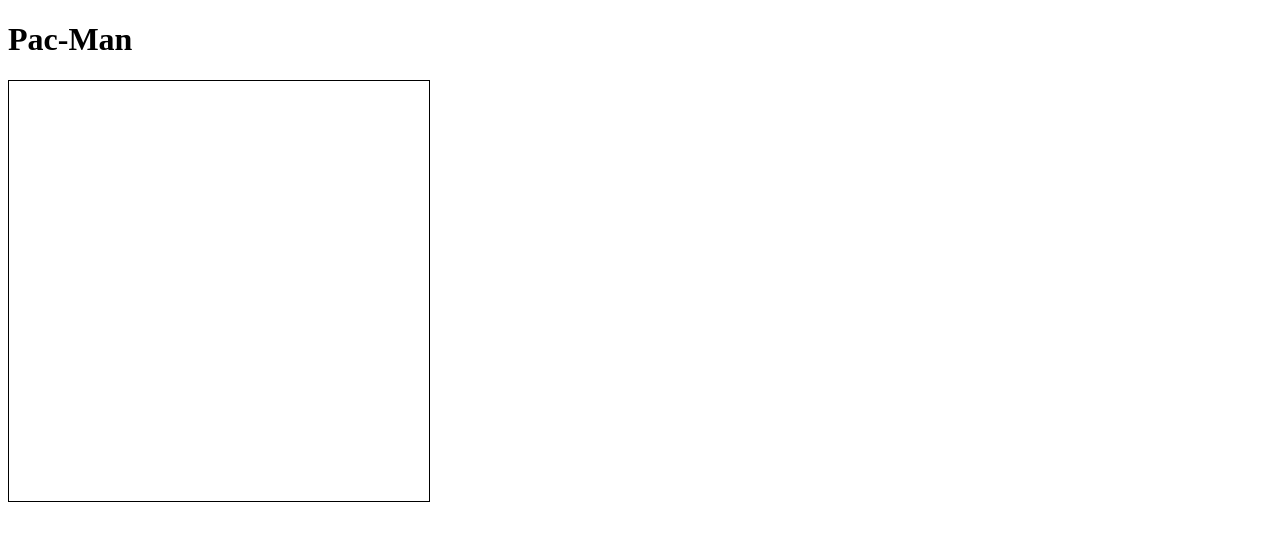
Repository: Bartolomeuss/Pac-man-in-JavaScript
Page: index.html
These files come from the project's save history. The page is drawn as it stood at one moment and after the next save; the edit follows.
The browser window is 1280 px wide. The pictures show the whole page.

Above is the page before, as saved 2020-12-28 20:31:24.

After the next save:
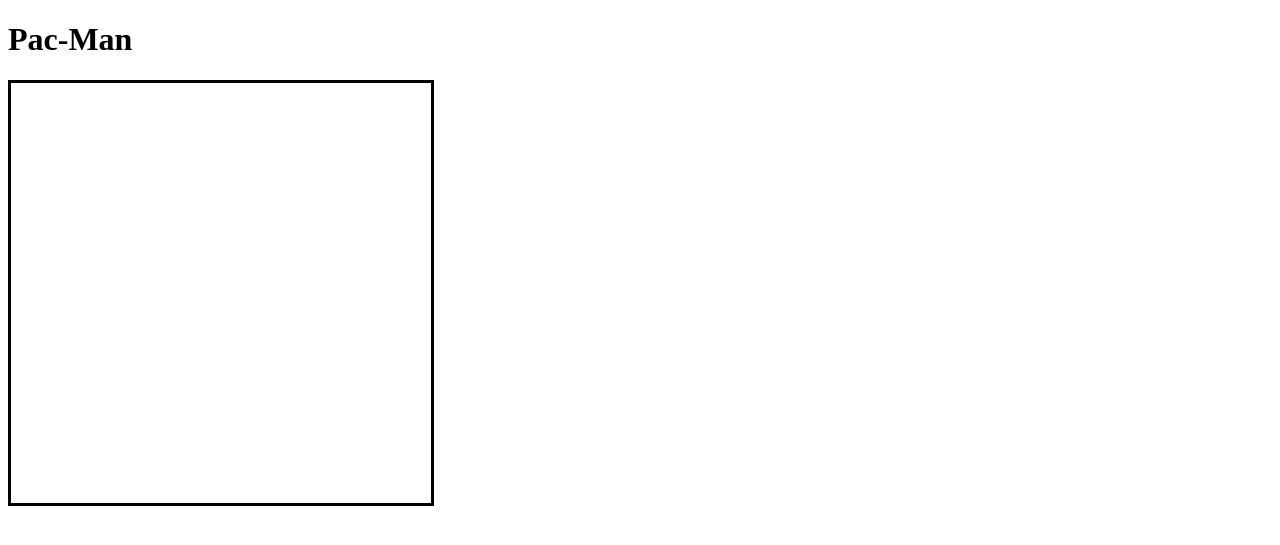
Saved 20 s later.
--- a/CSS/style.css
+++ b/CSS/style.css
@@ -7,5 +7,5 @@
 .grid {
   width: 420px;
   height: 420px;
-  border: solid, 1px, black;
+  border: solid, black;
 }

After the 2 saves that followed:
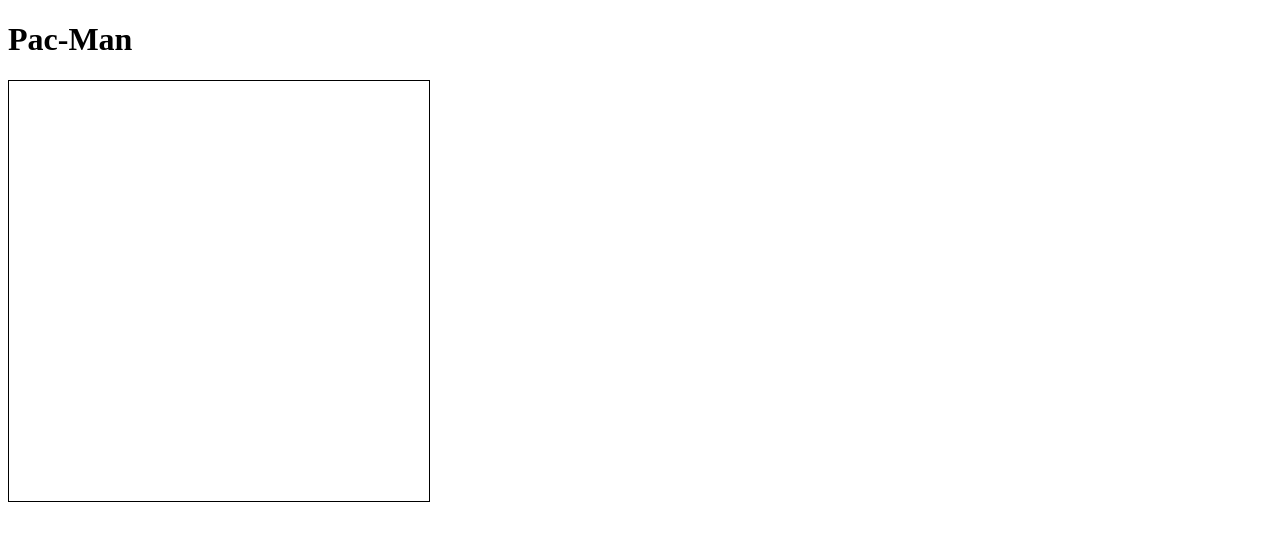
The 2 saves are shown as one change because 1 left the picture as it was.
The last was saved 43 s later.
--- a/CSS/style.css
+++ b/CSS/style.css
@@ -7,5 +7,5 @@
 .grid {
   width: 420px;
   height: 420px;
-  border: solid, black;
+  border: solid 1px black;
 }
